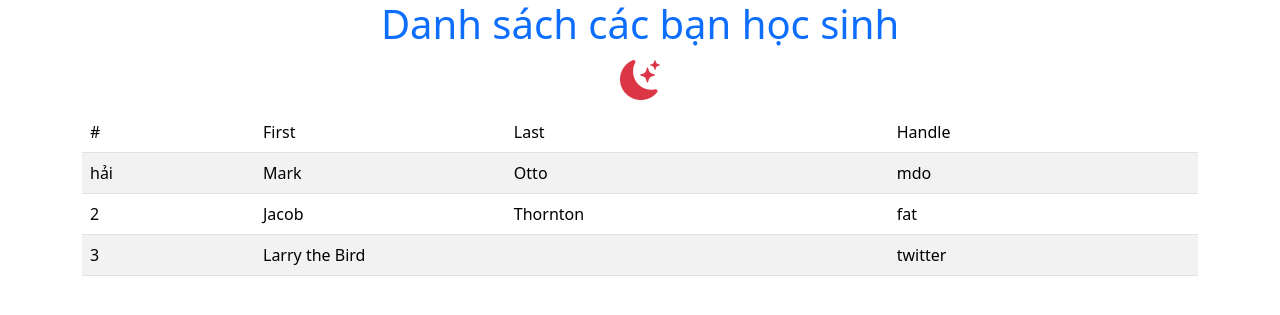
Repository: danghoanghai2k2/BeginAnguLar
Page: / (app in FirstAnGuLar/)
The author's editor kept a copy of each file at every save. The page is drawn from the files as they stood at one save, then again after a run of saves.
The browser window is 1280 px wide. The pictures show the whole page.
The project was rebuilt for these pictures with package versions that can differ from the ones it lists, and the page was loaded fresh each time. Also part of the build but not shown: FirstAnGuLar/angular.json.

Above is the page before, as saved 2024-06-06 16:46:23.

After the next 6 saves:
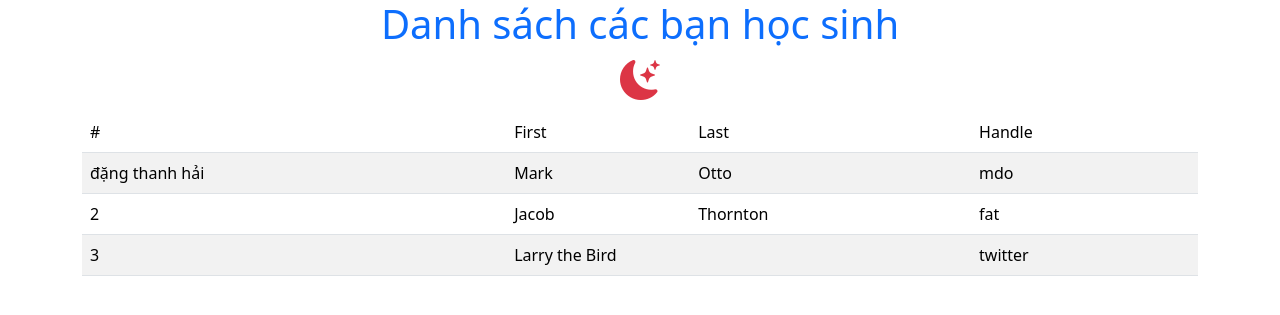
The 6 saves are shown as one change because 5 did not build or start.
The last was saved 15 min 53 s later.
--- a/FirstAnGuLar/src/app/app.component.ts
+++ b/FirstAnGuLar/src/app/app.component.ts
@@ -1,7 +1,6 @@
 import { Component } from '@angular/core';
 import { RouterOutlet } from '@angular/router';
 import { User } from './common/User';
-import { User } from '../../../.history/FirstAnGuLar/src/app/common/User_20240606154825';
 
 @Component({
   selector: 'app-root',
@@ -13,10 +12,10 @@ import { User } from '../../../.history/FirstAnGuLar/src/app/common/User_2024060
 export class AppComponent {
   // tạo ra thẻ tiêu đề
   lists = 'Danh sách các bạn học sinh';
-  users:User  = new User(1,'hải','hảiaaaaaaaa','thái bình');
-
-    getName() {
-        return this.users.name;
-    }
-
+  nguoiDung:User = {
+    id :1,
+    name :'đặng thanh hải',
+    email :'hai@gmail.com',
+    address: 'Tiền Hải - Thái Bình'
+  };
 }
--- a/FirstAnGuLar/src/app/app.component.html
+++ b/FirstAnGuLar/src/app/app.component.html
@@ -14,7 +14,7 @@
         </thead>
         <tbody>
           <tr>
-            <th scope="row">{{users.name}}</th>
+            <th scope="row">{{nguoiDung.name}}</th>
             <td>Mark</td>
             <td>Otto</td>
             <td>mdo</td>
--- a/FirstAnGuLar/src/app/common/User.ts
+++ b/FirstAnGuLar/src/app/common/User.ts
@@ -1,16 +1,7 @@
-export class User {
+export interface User {
   id: number;
   name: string;
   email: string;
   address: string;
 
-  constructor(id: number, name: string, email: string, address: string) {
-    this.id = id;
-    this.name = name;
-    this.email = email;
-    this.address = address;
-  }
-  getName():string {
-    return this.name;
-  }
 }
